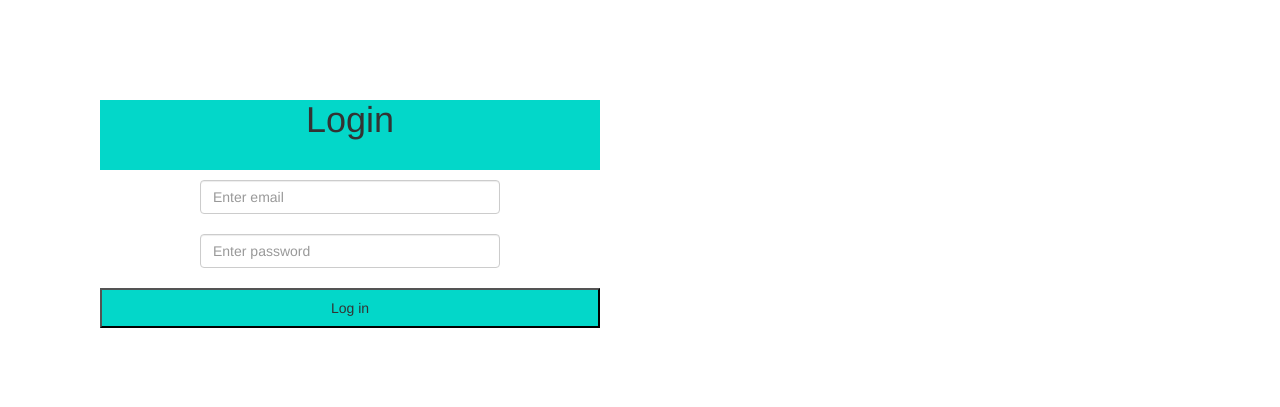
Repository: KIM-KYOUNG-OH/bitcamp-window
Page: Note/WebContent/front/login.html
The author's editor kept a copy of each file at every save. The page is drawn from the files as they stood at one save, then again after a run of saves.
The browser window is 1280 px wide. The pictures show the whole page.

Above is the page before, as saved 2020-10-29 02:32:18.

### Note/WebContent/front/login.html
<!DOCTYPE html>
<html>
<head>
<meta charset="UTF-8">
<title>Insert title here</title>
<!-- Latest compiled and minified CSS -->
<link rel="stylesheet" href="https://maxcdn.bootstrapcdn.com/bootstrap/3.4.1/css/bootstrap.min.css">

<!-- jQuery library -->
<script src="https://ajax.googleapis.com/ajax/libs/jquery/3.5.1/jquery.min.js"></script>

<!-- Latest compiled JavaScript -->
<script src="https://maxcdn.bootstrapcdn.com/bootstrap/3.4.1/js/bootstrap.min.js"></script>
<script src="https://code.jquery.com/jquery-3.5.0.js"></script>
<style type="text/css">
	div.log{
		text-align: center;
		margin-top: 100px;
		margin-left: 100px;
		width: 500px;
	}

	h1{
		margin-top: 0px;
		background-color: rgb(3, 215, 201);
		height: 70px;
	}

	input.form-control{
		width: 300px;
		position: relative;
		left: 100px;
	}

	button{
		width: 100px;
		height: 40px;
		background-color: rgb(3, 215, 201);
	}

	#alert{
		height: 40px;
	}
</style>
<script type="text/javascript">
$(function(){
	$('#btn').submit(function(){
		var email = $("input").eq(0).text();
		var pwd = $("input").eq(1).text();

		localStorage["email"] = email;
		localStorage["pwd"] = pwd;

		if(email != 'kdkg0434@gmail.com'){
			$("#alert").addClass("alert alert-danger");
			$("#alert").text("이메일 오류");
		}else if(pwd != 'a1234'){
			$("#alert").addClass("alert alert-danger");
			$("#alert").text("비밀번호 오류");
		}else if(email == 'kdkg0434@gmail.com' && pwd == 'a1234'){
			location.href = 'note.html';
		}
	});

});
</script>
</head>
<body>
<div class='log'>
	<form>
		<h1>Login</h1>
		<input type='text' id='email' class="form-control" required="required" placeholder="Enter email"><br>
		<input type='password' id='pwd' class="form-control" required="required" placeholder="Enter password"><br>
		<button type='submit' id='btn' class='btn-block'>Log in</button>
	</form>
	<div id='alert'></div>
</div>
</body>
</html>

After the next 2 saves:
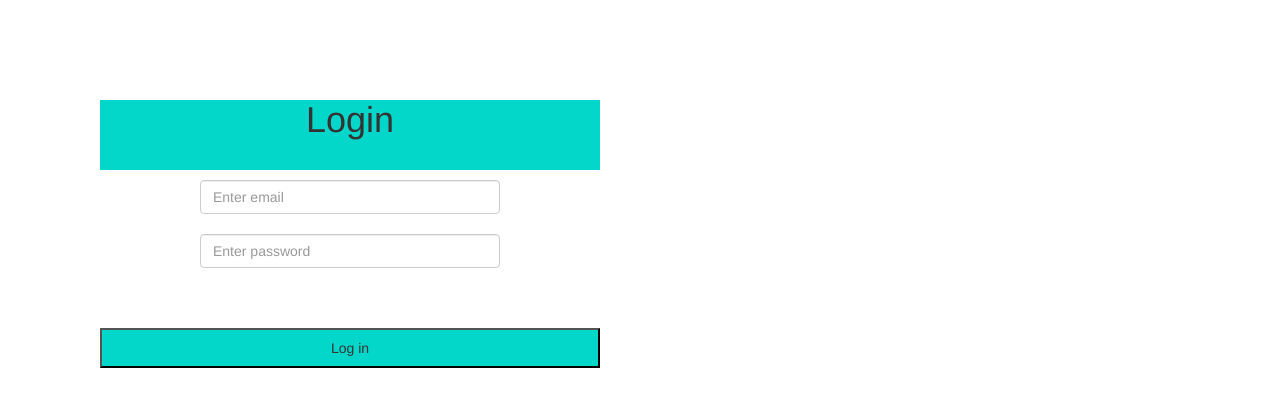
The 2 saves are shown as one change because they came seconds apart.
The last was saved 61 s later.
--- a/Note/WebContent/front/login.html
+++ b/Note/WebContent/front/login.html
@@ -71,9 +71,9 @@ $(function(){
 		<h1>Login</h1>
 		<input type='text' id='email' class="form-control" required="required" placeholder="Enter email"><br>
 		<input type='password' id='pwd' class="form-control" required="required" placeholder="Enter password"><br>
+		<div id='alert'></div>
 		<button type='submit' id='btn' class='btn-block'>Log in</button>
 	</form>
-	<div id='alert'></div>
 </div>
 </body>
 </html>
